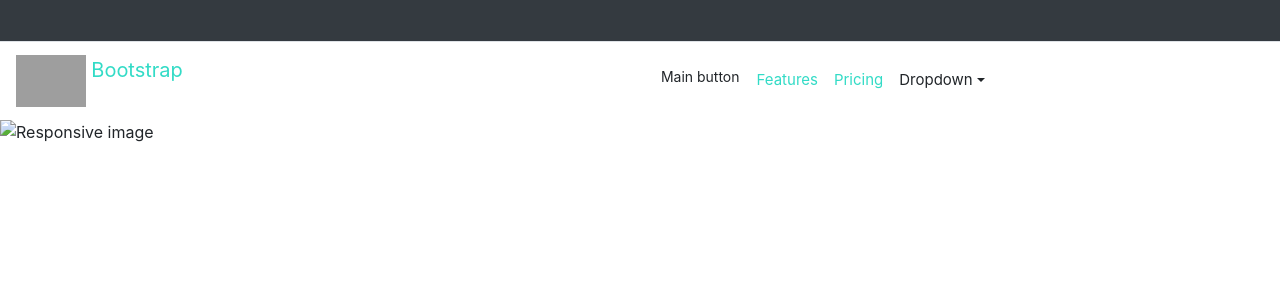
Repository: Alaa-OmarAlshobaki/portfolio
Page: index.html
These files come from the project's save history. The page is drawn as it stood at one moment and after a run of saves; the edit follows.
The browser window is 1280 px wide. The pictures show the whole page.
Pictures or frames that could not be fetched are drawn as grey boxes. Some web fonts or font styles are not loaded; a fallback is used.

Above is the page before, as saved 2020-03-12 00:16:39.

### index.html
<!DOCTYPE html>
<html lang="en">
  <head>
    <meta charset="UTF-8" />
    <meta name="viewport" content="width=device-width, initial-scale=1.0" />
    <link rel="icon" href="public/img/cv.png" type="image/gif" sizes="16x16">
    <link rel="stylesheet" href="public/fonts/icomoon/style.css">
    <link rel="stylesheet" href="public/fonts/flaticon/font/flaticon.css">
    <link rel="stylesheet" href="https://stackpath.bootstrapcdn.com/bootstrap/4.3.1/css/bootstrap.min.css" integrity="sha384-ggOyR0iXCbMQv3Xipma34MD+dH/1fQ784/j6cY/iJTQUOhcWr7x9JvoRxT2MZw1T" crossorigin="anonymous">
    <link href="https://fonts.googleapis.com/css?family=Dancing+Script&display=swap" rel="stylesheet">
    <link rel="stylesheet" href="public/js/jquery-ui/jquery-ui.css" />
    <link rel="stylesheet" href="public/css/style.css" />
    <script src="https://code.jquery.com/jquery-3.3.1.slim.min.js" integrity="sha384-q8i/X+965DzO0rT7abK41JStQIAqVgRVzpbzo5smXKp4YfRvH+8abtTE1Pi6jizo" crossorigin="anonymous"></script>
    <script src="https://cdnjs.cloudflare.com/ajax/libs/popper.js/1.14.7/umd/popper.min.js" integrity="sha384-UO2eT0CpHqdSJQ6hJty5KVphtPhzWj9WO1clHTMGa3JDZwrnQq4sF86dIHNDz0W1" crossorigin="anonymous"></script>
    <script src="https://stackpath.bootstrapcdn.com/bootstrap/4.3.1/js/bootstrap.min.js" integrity="sha384-JjSmVgyd0p3pXB1rRibZUAYoIIy6OrQ6VrjIEaFf/nJGzIxFDsf4x0xIM+B07jRM" crossorigin="anonymous"></script>
    <script type="text/javascript" src="public/js/jquery.js"></script>
    <script type="text/javascript" src="public/js/jquery-ui/jquery-ui.js"></script>

    <script>

      </script>

    <title>Portfolio</title>

    </style>
  </head>
  <body>

  <div class="site-wrap">
<!-- start section social header -->
  <section>

    <div class="border-bottom top-bar py-2 bg-dark" id="home-section">
      <div class="container">
        <div class="row">
         <div class="col-7"></div>
          <div class="col-5">
            <div class="row">
              <div class="col-2"><a href="https://github.com/Alaa-OmarAlshobaki"><span class="icon-github"></span></a></div>
              <div class="col-2"><a href="https://jo.linkedin.com/in/ala-a-omar-al-shobaki-1b4059186?trk=people-guest_people_search-card"><span class="icon-linkedin"></span></a></div>
              <div class="col-2"><a href="mailto:alaaomaralshobaki@gmail.com"><span class="icon-mail_outline"></span></a></div>
              <div class="col-2"><a href="tel:+962788320226"><span class="icon-phonelink_ring"></span></a></div>
            </div>
          </div>
        </div>
      </div>
    </div>

</section>
<!-- end section social header -->
<!-- start section header -->
<section>
   <!--Navbar-->
   <nav class="navbar navbar-expand-lg  bg-white">
    <a class="navbar-brand" href="#">
      <img src="public/img/cv.png"  class="d-inline-block align-top" alt="">
      Bootstrap
    </a>
    <div class="container">

      <!-- Collapse button -->
      <button class="navbar-toggler float-right" type="button" data-toggle="collapse" data-target="#navbarSupportedContent"
        aria-controls="navbarSupportedContent" aria-expanded="false" aria-label="Toggle navigation">
        <span class="navbar-toggler-icon"></span>
      </button>

      <!-- Collapsible content -->
      <div class="collapse navbar-collapse justify-content-center" id="navbarSupportedContent">

        <!-- Links -->
        <ul class="navbar-nav">

          <li class="nav-item">
            <button class="btn btn-outline-white btn-sm" type="button">Main button</button>
          </li>

          <li class="nav-item">
            <a class="nav-link" href="#">Features</a>
          </li>
          <li class="nav-item">
            <a class="nav-link" href="#">Pricing</a>
          </li>

          <!-- Dropdown -->
          <li class="nav-item dropdown">
            <a class="nav-link dropdown-toggle" id="navbarDropdownMenuLink" data-toggle="dropdown" aria-haspopup="true"
              aria-expanded="false">Dropdown</a>
            <div class="dropdown-menu dropdown-primary" aria-labelledby="navbarDropdownMenuLink">
              <a class="dropdown-item" href="#">Action</a>
              <a class="dropdown-item" href="#">Another action</a>
              <a class="dropdown-item" href="#">Something else here</a>
            </div>
          </li>

        </ul>
        <!-- Links -->

      </div>
      <!-- CTA -->

    </div>

  </nav>
  <!--/.Navbar-->
</section>
<!-- end section header -->
<!-- start section cover -->
<section>
<div class="container-fluid">
  <div class="row">
    <img src="" class="img-fluid" alt="Responsive image">
  </div>
</div>
</section>
<!-- end section cover -->
  </div><!-- end div site-wrap-->
  </body>
</html>

### public/css/style.css
a {
  color: #32dbc6;
  text-decoration: none;
  background-color: transparent;
  font-size: 15px;
}
a:hover {
  color: #1da493;
  text-decoration: none;
}
nav a img{
  width: 20%;
}

Loaded but not shown: public/fonts/icomoon/style.css (common file); public/fonts/flaticon/font/flaticon.css (common file); public/js/jquery-ui/jquery-ui.css (library); public/js/jquery.js (library); public/js/jquery-ui.js (library)

After the next 4 saves:
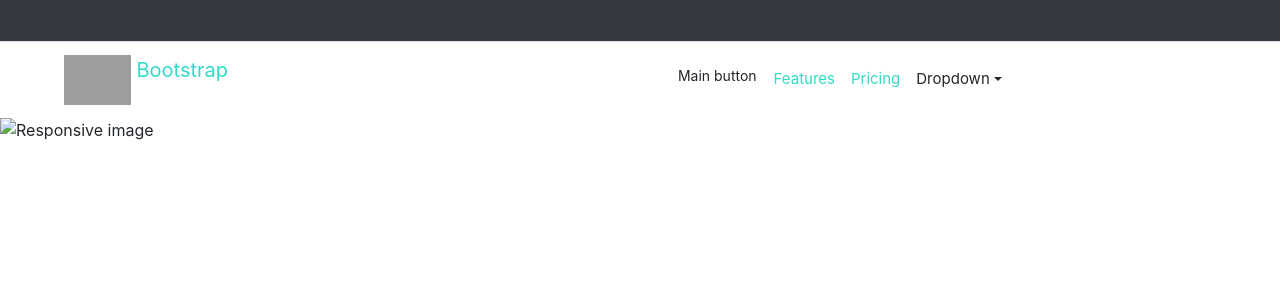
The 4 saves are shown as one change because they came seconds apart.
The last was saved 50 s later.
--- a/index.html
+++ b/index.html
@@ -52,7 +52,7 @@
 <section>
    <!--Navbar-->
    <nav class="navbar navbar-expand-lg  bg-white">
-    <a class="navbar-brand" href="#">
+    <a class="navbar-brand ml-5" href="#">
       <img src="public/img/cv.png"  class="d-inline-block align-top" alt="">
       Bootstrap
     </a>
